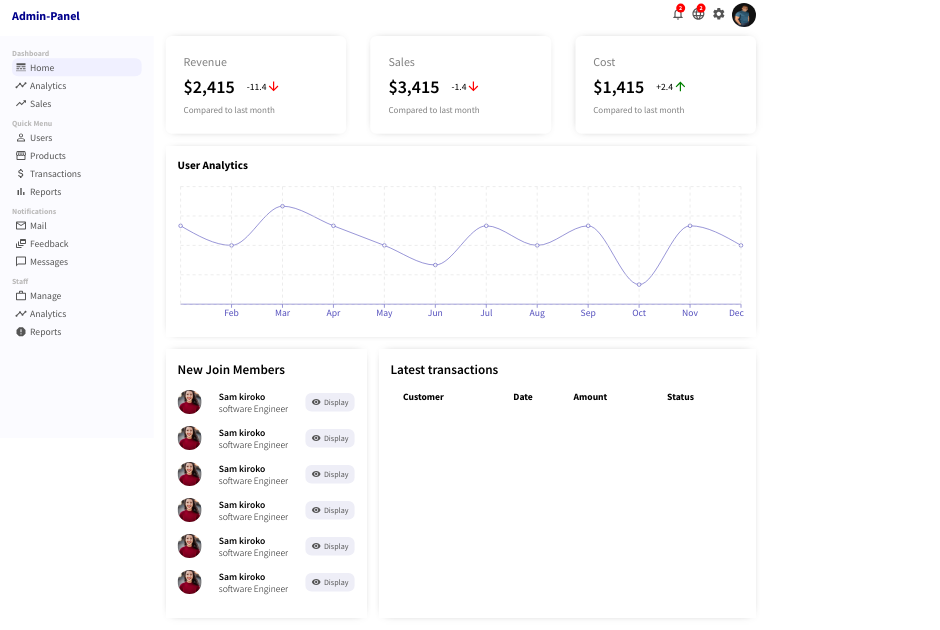
Repository: Samkiroko/admin-panel-ui
Page: /products
An editor plug-in stored every save of this project. The page is shown before and after the next save, followed by the edit.
The browser window is 1280 px wide. The page is 1280 px wide, then 1566 px, then 1280 px, so the pictures cover 1566 px, including what lies to the right of the window. The pictures show the whole page, at 60% of full size.
The project was rebuilt for these pictures with package versions that can differ from the ones it lists, and the page was loaded fresh each time.

Above is the page before, as saved 2021-09-22 22:08:00.

After the next save:
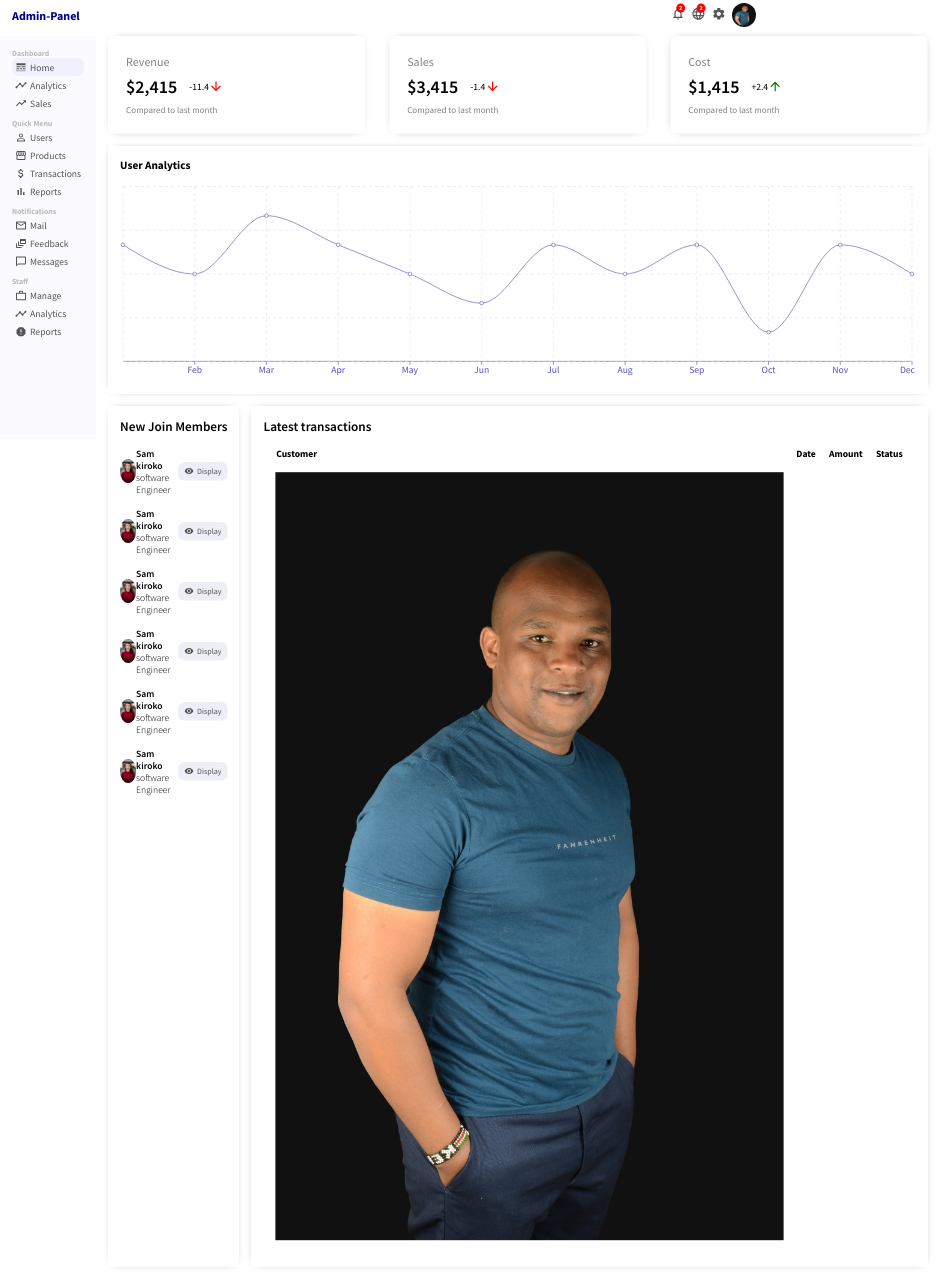
Saved 3 min 4 s later.
--- a/src/components/widgetLg/WidgetLg.js
+++ b/src/components/widgetLg/WidgetLg.js
@@ -1,5 +1,6 @@
 import React from 'react'
 import './widgetLg.css'
+import avatar from '../../images/sam_pic.jpeg'
 
 const WidgetLg = () => {
   return (
@@ -12,6 +13,9 @@
           <th className='widgetLgTh'>Amount</th>
           <th className='widgetLgTh'>Status</th>
         </tr>
+        <tr className='widgetLgTr'>
+          <img src={avatar} alt='' />
+        </tr>
       </table>
     </div>
   )

After the save that followed:
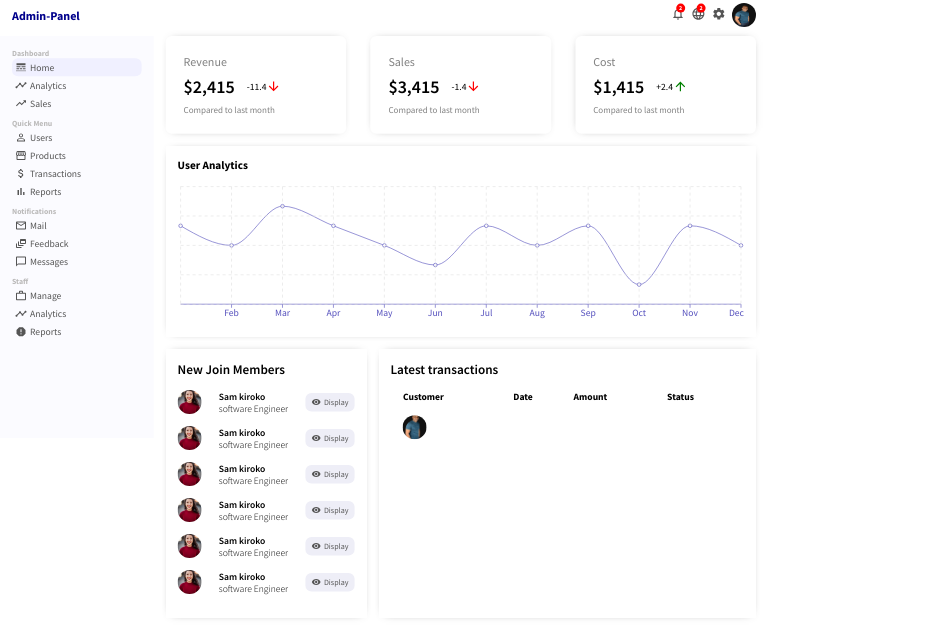
Saved 31 s later.
--- a/src/components/widgetLg/WidgetLg.js
+++ b/src/components/widgetLg/WidgetLg.js
@@ -14,7 +14,7 @@
           <th className='widgetLgTh'>Status</th>
         </tr>
         <tr className='widgetLgTr'>
-          <img src={avatar} alt='' />
+          <img src={avatar} alt='avatar' className=' widgetLgImg' />
         </tr>
       </table>
     </div>
